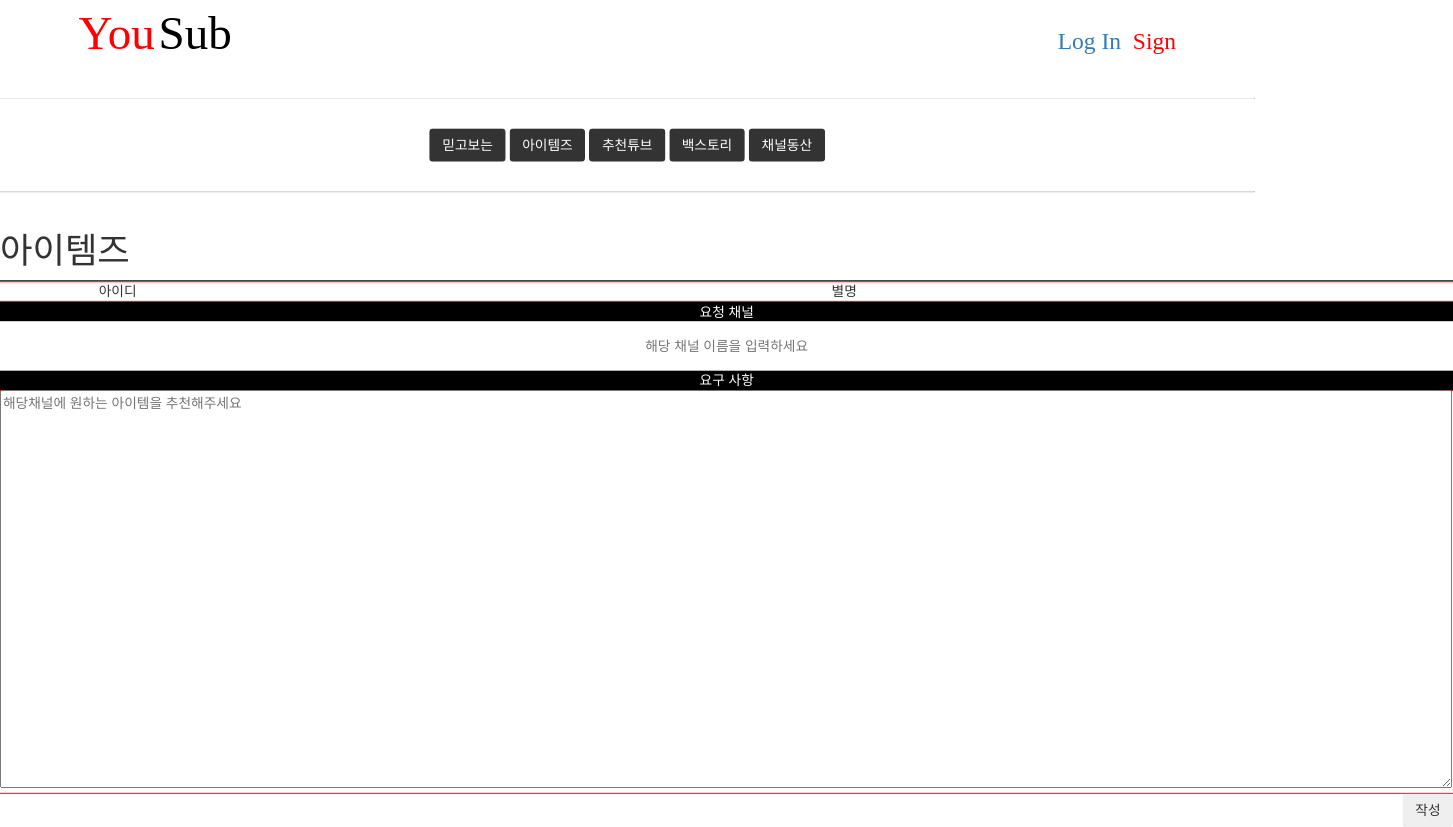
Repository: rkdeoqja/YouSub
Page: http://localhost/yousub/board/itemsWrite.jsp
The author's editor kept a copy of each file at every save. The page is drawn from the files as they stood at one save, then again after a run of saves.
The browser window is 1280 px wide. The page is 1483 px wide, so the pictures cover 1483 px, including what lies to the right of the window. The pictures show the whole page, at 98% of full size.
Some web fonts or font styles are not loaded; a fallback is used. The page is served by Tomcat 9. Other server files are loaded and not shown.

Above is the page before, as saved 2019-10-16 12:56:59.

### yousub/WebContent/board/itemsWrite.jsp
<%@ page language="java" contentType="text/html; charset=EUC-KR"
    pageEncoding="EUC-KR"%>
<%@ taglib prefix="c" uri="http://java.sun.com/jsp/jstl/core" %>
<!DOCTYPE html>
<html>
<head>
<meta charset="EUC-KR">
<link href="https://fonts.googleapis.com/css?family=Righteous&display=swap" rel="stylesheet">
<link href="https://fonts.googleapis.com/css?family=Gothic+A1|Righteous&display=swap" rel="stylesheet">
<link rel="stylesheet" href="main.css">
<link rel="stylesheet" href="./css/bootstrap.css">
<title>Insert title here</title>
<style type="text/css">
.button{

	text-decoration:none;

	background:#333333;
	border-radius: 5px;
	color:white;
	padding:3px 8px;
}

div{margin:auto;}
</style>
</head>
<body>
<div>

	<jsp:include page="../main_top.jsp"></jsp:include>
</div>

	<div>
		<jsp:include page="../main_menu.jsp"></jsp:include>
	</div>

<div>
<form action="itemsWrite.do" method="post">
	<table  border='0' width='1200' cellspacing='0' cellpadding='2' align=center>
		<tr align="left">
			<th><h1>아이템즈</h1><th>
		</tr>
		<tr>
			<td colspan=4 height="1" bgcolor="black"></td>
		</tr>
		<tr>
		<td colspan=4 height="0.5" bgcolor="red"></td>
		</tr>
		<tr>
			<td colspan="1" align="center" style="width:240px">아이디</td>
			<td colspan="1" align="left" style="padding-left: 30px;" class="two"><h4>${id}</h4>
			<input type="hidden" name="id" value="${id }"></td>
			<td colspan="1" align="center" >별명</td>
			<td colspan="1" align="left" style="padding-left: 30px;" class="two"><h4>${nick}</h4>
			<input type="hidden" name="nick" value="${nick }"></td>
		</tr>
		<tr>
		<td colspan=4 height="0.5" bgcolor="red"></td>
		</tr>
		<tr>
			<td colspan="4" align="center" style="background-color:black; color:white">요청 채널</td>
			</tr>
			<tr>
			<td colspan="4" class="two"><input type="Text" size="180" placeholder="해당 채널 이름을 입력하세요" name="chName" style="height: 50px"></td>
		</tr>

		<tr>
			<td colspan="4" align="center" style="background-color:black; color:white;" >요구 사항</td>
		</tr>
		<tr>
		<td colspan=4 height="0.5" bgcolor="red"></td>
		</tr>
		<tr>
			<td colspan="4" class="two"><textArea rows="20" cols="180" name="iContent" placeholder="해당채널에 원하는 아이템을 추천해주세요"></textArea></td>
		</tr>
		<tr>
		<td colspan=4 height="0.5" bgcolor="red"></td>
		</tr>
		<tr>

			<td colspan="4" align="right"><input type="submit" value="작성" class="btn btn-black"></td>
		</tr>
	</table>
</form>
</div>

</body>
</html>

### yousub/WebContent/main_top.jsp
<%@ page language="java" contentType="text/html; charset=EUC-KR"
    pageEncoding="EUC-KR"%>
<!DOCTYPE html>
<html>
<head>
<meta charset="EUC-KR">
<link rel="stylesheet" href="main.css">
<title>Insert title here</title>
</head>
<body>
		<div>
			<div class="logo">
			<a href="mainPage.do">
				<font class="logoft" color="red" size="150" style="padding-left: 80px;">You</font>
				<font class="logoft" color="black" size="150">Sub</font>
			</a>

			</div>
			<div class="logo_center">
			</div>
	<%
		if(session.getAttribute("id")!= null){
			String userId = session.getAttribute("id").toString();
	%>
			<div class=logo_right>
				<font class="logoft" size="5px">
					<a href="memberInfo.do" class=""><%=userId %></a>&nbsp;
					<a href="logout.do" style="padding-right: 80px;"><font color="red">Log Out</font></a>
				</font>
			</div>
	<%
		}else{
	%>
			<div class=logo_right>
				<font class="logoft" size="5px">
					<a href="loginPage.do">Log In</a>&nbsp;
					<a href="joinPage.do" style="padding-right: 80px;"><font color="Red">Sign</font></a>
				</font>
			</div>
	<%
		}



	%>

		</div>
	<br><br><br><br>

</body>
</html>

### yousub/WebContent/main_menu.jsp
<%@ page language="java" contentType="text/html; charset=EUC-KR"
    pageEncoding="EUC-KR"%>


		<hr color=black>
<div>
		<nav id="b">
			<a class="btn" href="believePage.do" >믿고보는</a>
			<a class="btn" href="itemsPage.do" >아이템즈</a>
			<a class="btn" href="offerPage.do" >추천튜브</a>
			<a class="btn" href="#" >백스토리</a>
			<a class="btn" href="#" >채널동산</a>
		</nav>
		<hr color=black>
		<link rel="stylesheet" href="main.css">
		<link rel="stylesheet" href="./css/bootstrap.css">
</div>

### yousub/WebContent/board/main.css
@charset "EUC-KR";
.logo{
	float:left;
}
.logo_right{
	margin-top:25px;
	float:right;



}
.logoft{

	font-family:righteous,serif;

}
.kor{
	font-family:"Gothic A1",serif;
}
div.hot_clip{
display:inline-table;
padding-left: 35%;
padding-right:0%;
}
a{
	text-decoration:none;
	color:black;
}
.line{
	color:
}
nav#b{
	text-align:center;
	background:white;
	margin:20px 0;
	padding:10px;
	}
nav a{

	text-decoration:none;

	background:#333333;
	border-radius: 5px;
	color:white;
	padding:3px 8px;
}


.rank{
	top-margin:100;
	float:right;
}
.radi{
	border-radius:25px;
	border:1.5px solid black;

	padding:20px;
	width:auto;
	height:350px;
}
.re_best{
	margin-top:10px;
	margin-left:9%;
	border:1px solid black;
	width:40%;
	height:300px;
	float:left;

}
.re_new{
	margin-top:10px;
	margin-left:1%;
	border:1px solid black;
	width:40%;
	height:300px;
	float:left;
}
input{
border:none;
text-align:center;
}
tr td input.btnRed {
	text-decoration: none;
	background: red;
	border-radius: 5px;
	color: white;
	padding: 3px 8px;
}
tr td input.btnBlack {
	text-decoration: none;
	background: #333333;
	border-radius: 5px;
	color: white;
	padding: 3px 8px;
}

Loaded but not shown: yousub/WebContent/css/bootstrap.css (library)

After the next 2 saves:
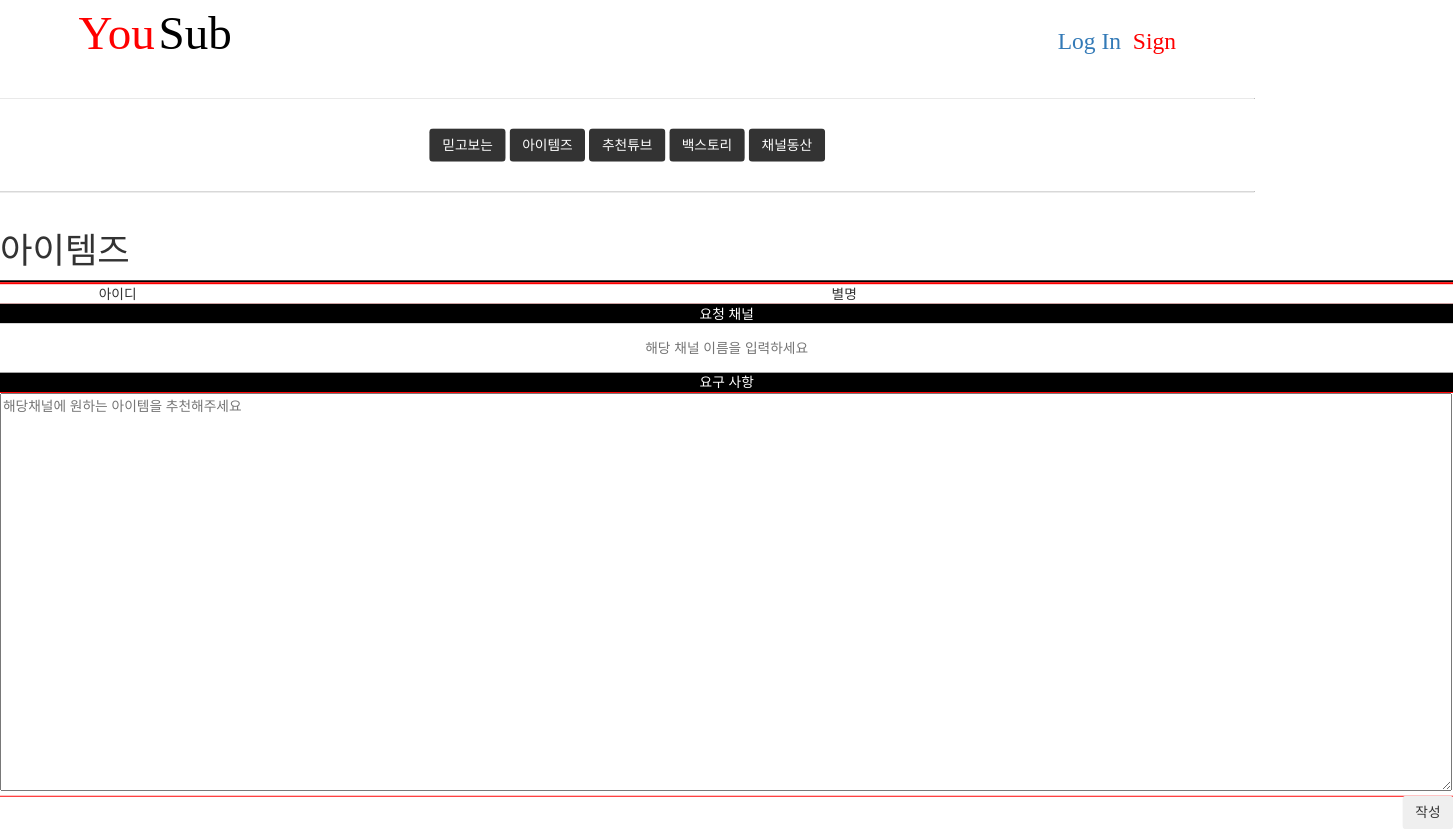
The 2 saves are shown as one change because they came seconds apart.
The last was saved 86 min 48 s later.
--- a/yousub/WebContent/board/itemsWrite.jsp
+++ b/yousub/WebContent/board/itemsWrite.jsp
@@ -41,10 +41,10 @@ div{margin:auto;}
 			<th><h1>아이템즈</h1><th>
 		</tr>
 		<tr>
-			<td colspan=4 height="1" bgcolor="black"></td>
+			<td colspan=4 height="2" bgcolor="black"></td>
 		</tr>
 		<tr>
-		<td colspan=4 height="0.5" bgcolor="red"></td>
+		<td colspan=4 height="2" bgcolor="red"></td>
 		</tr>
 		<tr>
 			<td colspan="1" align="center" style="width:240px">아이디</td>
